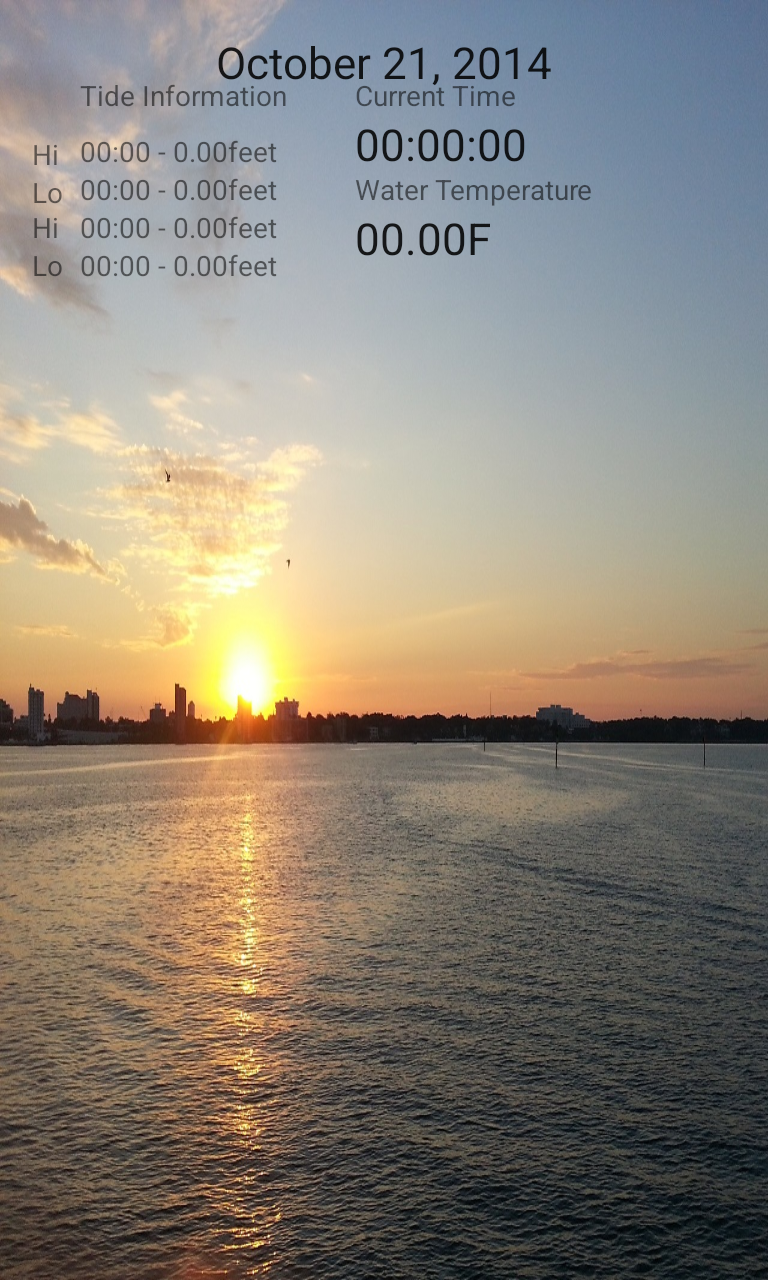
Repository: zerox2012/Fall2014Android
Layout: FishingBuddy/res/layout/activity_main_menu.xml
An editor plug-in stored every save of this project. The layout is shown before and after the next save, followed by the edit.
It is drawn on a 768 x 1280 px phone screen (xhdpi) without system bars, with theme AppTheme; the app's code is not run.

Above is the layout before, as saved 2014-10-20 21:45:11.

### FishingBuddy/res/layout/activity_main_menu.xml
<RelativeLayout xmlns:android="http://schemas.android.com/apk/res/android"
    xmlns:tools="http://schemas.android.com/tools"
    android:layout_width="match_parent"
    android:layout_height="match_parent"
    android:background="@drawable/menu"
    android:paddingBottom="@dimen/activity_vertical_margin"
    android:paddingLeft="@dimen/activity_horizontal_margin"
    android:paddingRight="@dimen/activity_horizontal_margin"
    android:paddingTop="@dimen/activity_vertical_margin"
    tools:context="usf.fall2014.android.fishingbuddy.MainMenu" >

    <TextView
        android:id="@+id/label_tide_information"
        android:layout_width="wrap_content"
        android:layout_height="wrap_content"
        android:layout_alignBaseline="@+id/label_current_time"
        android:layout_alignBottom="@+id/label_current_time"
        android:layout_alignParentLeft="true"
        android:layout_marginLeft="24dp"
        android:text="@string/label_tide_information" />

    <TextView
        android:id="@+id/label_current_time"
        android:layout_width="wrap_content"
        android:layout_height="wrap_content"
        android:layout_alignParentTop="true"
        android:layout_marginLeft="34dp"
        android:layout_marginTop="22dp"
        android:layout_toRightOf="@+id/label_tide_information"
        android:text="@string/label_current_time" />

    <TextView
        android:id="@+id/label_temp"
        android:layout_width="wrap_content"
        android:layout_height="wrap_content"
        android:layout_alignLeft="@+id/label_current_time"
        android:layout_below="@+id/label_current_time"
        android:layout_marginTop="28dp"
        android:text="@string/label_water_temp" />

    <TextView
        android:id="@+id/value_current_time"
        android:layout_width="wrap_content"
        android:layout_height="wrap_content"
        android:layout_alignLeft="@+id/label_temp"
        android:layout_below="@+id/label_current_time"
        android:text="00:00:00"
        android:textAppearance="?android:attr/textAppearanceLarge" />

    <TextView
        android:id="@+id/value_water_temp"
        android:layout_width="wrap_content"
        android:layout_height="wrap_content"
        android:layout_alignLeft="@+id/label_temp"
        android:layout_below="@+id/label_temp"
        android:text="00.00F"
        android:textAppearance="?android:attr/textAppearanceLarge" />

    <TextView
        android:id="@+id/textView1"
        android:layout_width="wrap_content"
        android:layout_height="wrap_content"
        android:layout_alignBottom="@+id/value_current_time"
        android:layout_alignParentLeft="true"
        android:text="Hi" />

    <TextView
        android:id="@+id/textView2"
        android:layout_width="wrap_content"
        android:layout_height="wrap_content"
        android:layout_alignLeft="@+id/textView1"
        android:layout_below="@+id/textView1"
        android:text="Lo" />

    <TextView
        android:id="@+id/textView3"
        android:layout_width="wrap_content"
        android:layout_height="wrap_content"
        android:layout_alignLeft="@+id/textView2"
        android:layout_alignTop="@+id/value_water_temp"
        android:text="Hi" />

    <TextView
        android:id="@+id/textView4"
        android:layout_width="wrap_content"
        android:layout_height="wrap_content"
        android:layout_alignLeft="@+id/textView3"
        android:layout_below="@+id/textView3"
        android:text="Lo" />

    <TextView
        android:id="@+id/textView6"
        android:layout_width="wrap_content"
        android:layout_height="wrap_content"
        android:layout_above="@+id/textView3"
        android:layout_alignLeft="@+id/textView5"
        android:text="00:00 - 0.00feet" />

    <TextView
        android:id="@+id/textView7"
        android:layout_width="wrap_content"
        android:layout_height="wrap_content"
        android:layout_alignBaseline="@+id/textView3"
        android:layout_alignBottom="@+id/textView3"
        android:layout_alignLeft="@+id/textView6"
        android:text="00:00 - 0.00feet" />

    <TextView
        android:id="@+id/textView8"
        android:layout_width="wrap_content"
        android:layout_height="wrap_content"
        android:layout_alignBaseline="@+id/textView4"
        android:layout_alignBottom="@+id/textView4"
        android:layout_alignLeft="@+id/textView7"
        android:text="00:00 - 0.00feet" />

    <TextView
        android:id="@+id/textView5"
        android:layout_width="wrap_content"
        android:layout_height="wrap_content"
        android:layout_above="@+id/textView6"
        android:layout_alignLeft="@+id/label_tide_information"
        android:text="00:00 - 0.00feet" />

    <TextView
        android:id="@+id/today_date"
        android:layout_width="wrap_content"
        android:layout_height="wrap_content"
        android:layout_alignParentTop="true"
        android:layout_centerHorizontal="true"
        android:text="October 21, 2014"
        android:textAppearance="?android:attr/textAppearanceLarge" />

</RelativeLayout>

### FishingBuddy/res/values/strings.xml
<?xml version="1.0" encoding="utf-8"?>
<resources>

    <string name="app_name">FishingBuddy</string>
    <string name="hello_world">Hello world!</string>
    <string name="action_settings">Settings</string>
    <string name="title_activity_main_menu">MainMenu</string>
    <string name="title_activity_gallery">Gallery</string>
    <string name="title_activity_message">Message</string>
    <string name="title_activity_new_user">NewUser</string>
    <string name="title_activity_forgot_password">ForgotPassword</string>
    <string name="title_activity_map">Map</string>
    <string name="user_name">Username</string>
    <string name="password">Password</string>
    <string name="button_login">Login</string>
    <string name="new_user">New User</string>
    <string name="forgot_password">Forgot Password</string>
    <string name="remember_me">remember me</string>
    <string name="label_email">Email</string>
    <string name="label_confirm_email">Confirm</string>
    <string name="create_account">Create Account</string>
    <string name="cancel">Cancel</string>
    <string name="label_water_temp">Water Temperature</string>
    <string name="label_current_time">Current Time</string>
    <string name="label_tide_information">Tide Information</string>
    <string name="label_tide_chart">Hi                 Lo                  Hi                    Lo         </string>

</resources>

Loaded but not shown: FishingBuddy/res/values/styles.xml (common file); FishingBuddy/res/values-v11/styles.xml (common file); FishingBuddy/res/values-v14/styles.xml (common file); FishingBuddy/res/values/dimens.xml (common file); FishingBuddy/res/values-w820dp/dimens.xml (common file)

After the next save:
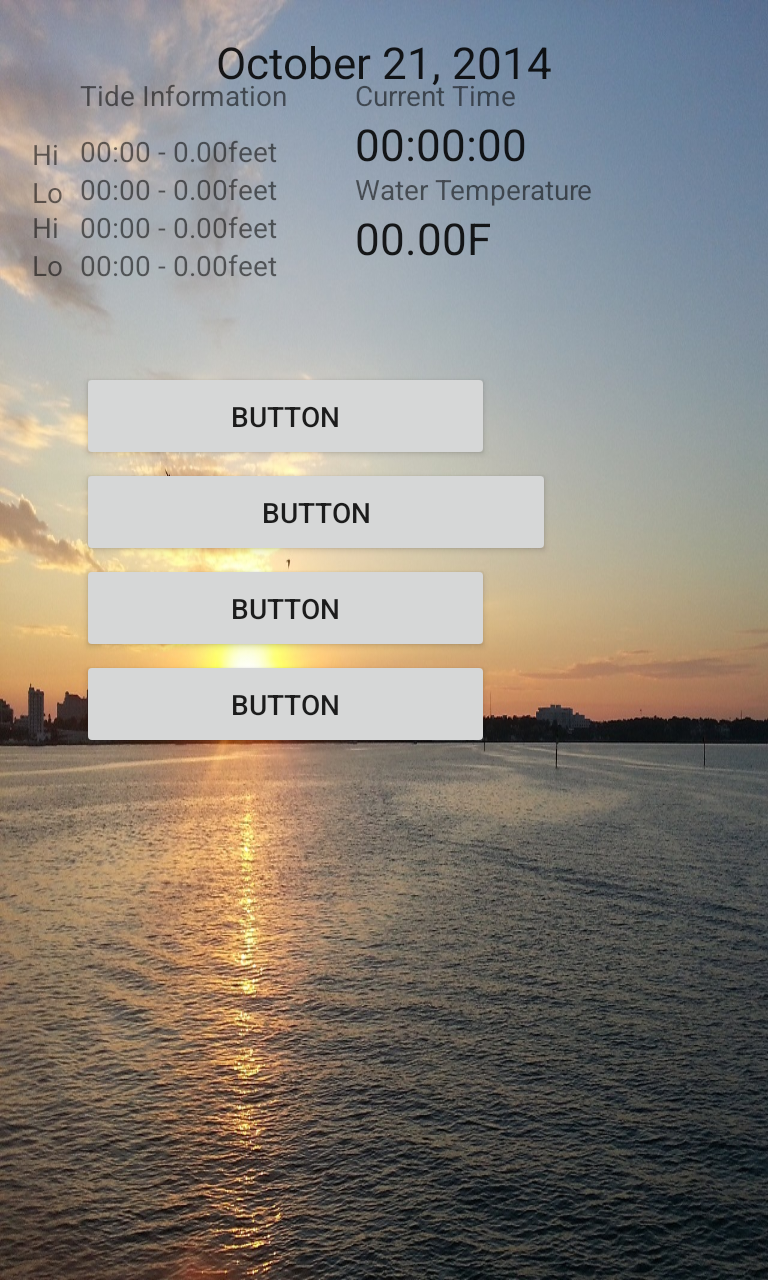
Saved 3 min 9 s later.
--- a/FishingBuddy/res/layout/activity_main_menu.xml
+++ b/FishingBuddy/res/layout/activity_main_menu.xml
@@ -131,4 +131,41 @@
         android:text="October 21, 2014"
         android:textAppearance="?android:attr/textAppearanceLarge" />
 
+    <Button
+        android:id="@+id/button_map"
+        android:layout_width="wrap_content"
+        android:layout_height="wrap_content"
+        android:layout_alignLeft="@+id/textView8"
+        android:layout_alignRight="@+id/value_water_temp"
+        android:layout_below="@+id/textView8"
+        android:layout_marginTop="42dp"
+        android:text="Button" />
+
+    <Button
+        android:id="@+id/button_gallery"
+        android:layout_width="wrap_content"
+        android:layout_height="wrap_content"
+        android:layout_alignLeft="@+id/button_map"
+        android:layout_alignRight="@+id/today_date"
+        android:layout_below="@+id/button_map"
+        android:text="Button" />
+
+    <Button
+        android:id="@+id/button_setting"
+        android:layout_width="wrap_content"
+        android:layout_height="wrap_content"
+        android:layout_alignLeft="@+id/button_map"
+        android:layout_alignRight="@+id/button_map"
+        android:layout_below="@+id/button_gallery"
+        android:text="Button" />
+
+    <Button
+        android:id="@+id/button_exitapp"
+        android:layout_width="wrap_content"
+        android:layout_height="wrap_content"
+        android:layout_alignLeft="@+id/button_map"
+        android:layout_alignRight="@+id/button_map"
+        android:layout_below="@+id/button_setting"
+        android:text="Button" />
+
 </RelativeLayout>
